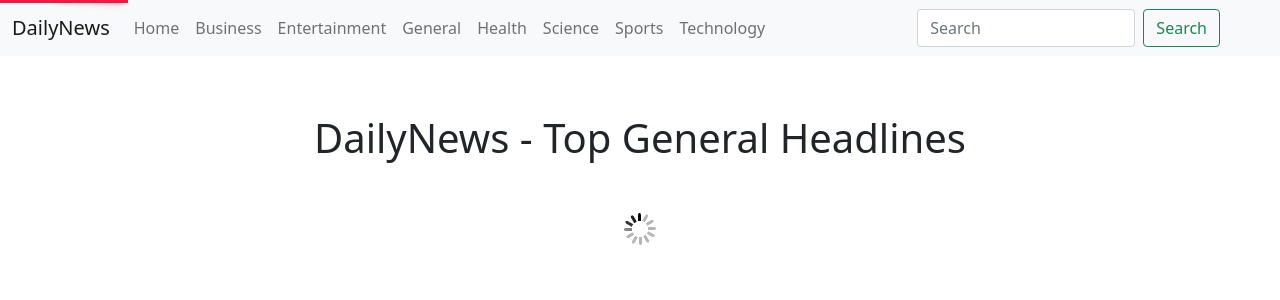
Repository: Bikki084/Daily_News
Page: /
An editor plug-in stored every save of this project. The page is shown before and after a run of saves, followed by the edit.
The browser window is 1280 px wide. The pictures show the whole page.
The page's requests for data from a server got no answer. The project was rebuilt for these pictures with package versions that can differ from the ones it lists, and the page was loaded fresh each time. No one was signed in, and anything a server would have sent is missing. Also part of the build but not shown: src/App.css, src/components/NewsItem.js.

Above is the page before, as saved 2021-12-21 23:56:49.

### public/index.html
<!DOCTYPE html>
<html lang="en">
  <head>
    <meta charset="utf-8" />
    <link rel="icon" href="%PUBLIC_URL%/favicon.ico" />
    <meta name="viewport" content="width=device-width, initial-scale=1" />
    <meta name="theme-color" content="#000000" />
    <meta
      name="description"
      content="DailyNews is a news app which can be used to grab quick daily news bites. If you are interested in news, weather, politics and sports news, newsmonkey is for you!"
    />
    <link rel="apple-touch-icon" href="%PUBLIC_URL%/logo192.png" />
    <!--
      manifest.json provides metadata used when your web app is installed on a
      user's mobile device or desktop. See https://developers.google.com/web/fundamentals/web-app-manifest/
    -->
    <link rel="manifest" href="%PUBLIC_URL%/manifest.json" />
    <link href="https://cdn.jsdelivr.net/npm/bootstrap@5.1.0/dist/css/bootstrap.min.css" rel="stylesheet" integrity="sha384-KyZXEAg3QhqLMpG8r+8fhAXLRk2vvoC2f3B09zVXn8CA5QIVfZOJ3BCsw2P0p/We" crossorigin="anonymous">
    <!--
      Notice the use of %PUBLIC_URL% in the tags above.
      It will be replaced with the URL of the `public` folder during the build.
      Only files inside the `public` folder can be referenced from the HTML.

      Unlike "/favicon.ico" or "favicon.ico", "%PUBLIC_URL%/favicon.ico" will
      work correctly both with client-side routing and a non-root public URL.
      Learn how to configure a non-root public URL by running `npm run build`.
    -->
    <title>DailyNews - Get your daily dose of news for free!</title>
  </head>
  <body>
    <noscript>You need to enable JavaScript to run this app.</noscript>
    <div id="root"></div>
    <!--
      This HTML file is a template.
      If you open it directly in the browser, you will see an empty page.

      You can add webfonts, meta tags, or analytics to this file.
      The build step will place the bundled scripts into the <body> tag.

      To begin the development, run `npm start` or `yarn start`.
      To create a production bundle, use `npm run build` or `yarn build`.
    -->
    <script src="https://cdn.jsdelivr.net/npm/@popperjs/core@2.9.3/dist/umd/popper.min.js" integrity="sha384-eMNCOe7tC1doHpGoWe/6oMVemdAVTMs2xqW4mwXrXsW0L84Iytr2wi5v2QjrP/xp" crossorigin="anonymous"></script>
    <script src="https://cdn.jsdelivr.net/npm/bootstrap@5.1.0/dist/js/bootstrap.min.js" integrity="sha384-cn7l7gDp0eyniUwwAZgrzD06kc/tftFf19TOAs2zVinnD/C7E91j9yyk5//jjpt/" crossorigin="anonymous"></script>
  </body>
</html>

### src/App.js
import './App.css';
import Search from './components/Search';
import React, { useState } from 'react'
import NavBar from './components/NavBar';
import News from './components/News';
import {BrowserRouter as Router, Switch, Route} from "react-router-dom";
import LoadingBar from 'react-top-loading-bar'

const App = ()=> {
  const pageSize = 5;
  const apiKey = process.env.REACT_APP_NEWS_API
  // const apiKey = "fe00171e9be447c891c180edc15dc131"
  const [progress, setProgress] = useState(0)

    return (
      <div>
        <Router>
        <NavBar/>
        <Search/>
        <LoadingBar
        height={3}
        color='#f11946'
        progress={progress}
      />
        <Switch>
          <Route exact path="/"><News setProgress={setProgress} apiKey={apiKey} key="general" pageSize={pageSize} country="in" category="general"/></Route>
          <Route exact path="/business"><News setProgress={setProgress} apiKey={apiKey} key="business" pageSize={pageSize} country="in" category="business"/></Route>
          <Route exact path="/entertainment"><News setProgress={setProgress} apiKey={apiKey} key="entertainment" pageSize={pageSize} country="in" category="entertainment"/></Route>
          <Route exact path="/general"><News setProgress={setProgress} apiKey={apiKey} key="general" pageSize={pageSize} country="in" category="general"/></Route>
          <Route exact path="/health"><News setProgress={setProgress} apiKey={apiKey} key="health" pageSize={pageSize} country="in" category="health"/></Route>
          <Route exact path="/science"><News setProgress={setProgress} apiKey={apiKey} key="science" pageSize={pageSize} country="in" category="science"/></Route>
          <Route exact path="/sports"><News setProgress={setProgress} apiKey={apiKey} key="sports" pageSize={pageSize} country="in" category="sports"/></Route>
          <Route exact path="/technology"><News setProgress={setProgress} apiKey={apiKey} key="technology" pageSize={pageSize} country="in" category="technology"/></Route>

        </Switch>
        </Router>
      </div>
    )

}

export default App;

### src/components/Search.js
import React from 'react'

const Search = () => {
    return (
    <div>Hello world!</div>
    )
}

export default Search;

### src/components/NavBar.js
import React from 'react'
import { Link } from "react-router-dom";

const NavBar = () => {

    return (
        <div>
            <nav className="navbar fixed-top navbar-expand-lg navbar-light bg-light">
                <div className="container-fluid">
                    <Link className="navbar-brand" to="/">DailyNews</Link>
                    <button className="navbar-toggler" type="button" data-bs-toggle="collapse" data-bs-target="#navbarSupportedContent" aria-controls="navbarSupportedContent" aria-expanded="false" aria-label="Toggle navigation">
                        <span className="navbar-toggler-icon"></span>
                    </button>
                    <div className="collapse navbar-collapse" id="navbarSupportedContent">
                        <ul className="navbar-nav me-auto mb-2 mb-lg-0">
                            <li className="nav-item">
                                <Link className="nav-link" aria-current="page" to="/">Home</Link>
                            </li>
                            <li className="nav-item"><Link className="nav-link" to="/business">Business</Link></li>
                            <li className="nav-item"><Link className="nav-link" to="/entertainment">Entertainment</Link></li>
                            <li className="nav-item"><Link className="nav-link" to="/general">General</Link></li>
                            <li className="nav-item"><Link className="nav-link" to="/health">Health</Link></li>
                            <li className="nav-item"><Link className="nav-link" to="/science">Science</Link></li>
                            <li className="nav-item"><Link className="nav-link" to="/sports">Sports</Link></li>
                            <li className="nav-item"><Link className="nav-link" to="/technology">Technology</Link></li>
                        </ul>
                        <form className="d-flex mx-5" method="get"> <Link className="d-flex mx-5" to="/Search"></Link>
                            <input class="form-control me-2" type="search" placeholder="Search" aria-label="Search" />
                            <button class="btn btn-outline-success" type="submit">Search </button>
                        </form>
                    </div>
                </div>
            </nav>
        </div>
    )

}

export default NavBar

### src/components/News.js
import React, {useEffect, useState} from 'react'

import NewsItem from './NewsItem'
import Spinner from './Spinner';
import PropTypes from 'prop-types'
import InfiniteScroll from "react-infinite-scroll-component";

const News = (props)=>{
    const [articles, setArticles] = useState([])
    const [loading, setLoading] = useState(true)
    const [page, setPage] = useState(1)
    const [totalResults, setTotalResults] = useState(0)

    const capitalizeFirstLetter = (string) => {
        return string.charAt(0).toUpperCase() + string.slice(1);
    }

    const updateNews = async ()=> {
        props.setProgress(10);
        const url = `https://newsapi.org/v2/top-headlines?country=${props.country}&category=${props.category}&apiKey=${props.apiKey}&page=${page}&pageSize=${props.pageSize}`;
        setLoading(true)
        let data = await fetch(url);
        props.setProgress(30);
        let parsedData = await data.json()
        props.setProgress(70);
        setArticles(parsedData.articles)
        setTotalResults(parsedData.totalResults)
        setLoading(false)
        props.setProgress(100);
    }

    useEffect(() => {
        document.title = `${capitalizeFirstLetter(props.category)} - DailyNews`;
        updateNews();
        // eslint-disable-next-line
    }, [])


    const fetchMoreData = async () => {
        const url = `https://newsapi.org/v2/top-headlines?country=${props.country}&category=${props.category}&apiKey=${props.apiKey}&page=${page+1}&pageSize=${props.pageSize}`;
        setPage(page+1)
        let data = await fetch(url);
        let parsedData = await data.json()
        setArticles(articles.concat(parsedData.articles))
        setTotalResults(parsedData.totalResults)
      };

        return (
            <>
                <h1 className="text-center" style={{ margin: '35px 0px', marginTop: '90px' }}>DailyNews - Top {capitalizeFirstLetter(props.category)} Headlines</h1>
                {loading && <Spinner />}
                <InfiniteScroll
                    dataLength={articles.length}
                    next={fetchMoreData}
                    hasMore={articles.length !== totalResults}
                    loader={<Spinner/>}>
                    <div className="container">

                    <div className="row">
                        {articles.map((element) => {
                            return <div className="col-md-4" key={element.url}>
                                <NewsItem title={element.title ? element.title : ""} description={element.description ? element.description : ""} imageUrl={element.urlToImage} newsUrl={element.url} author={element.author} date={element.publishedAt} source={element.source.name} />
                            </div>
                        })}
                    </div>
                    </div>
                </InfiniteScroll>
            </>
        )

}


News.defaultProps = {
    country: 'in',
    pageSize: 8,
    category: 'general',
}

News.propTypes = {
    country: PropTypes.string,
    pageSize: PropTypes.number,
    category: PropTypes.string,
}

export default News

Loaded but not shown: src/index.js (common file); src/reportWebVitals.js (common file); src/components/Spinner.js (common file); src/index.css (no stored copy; drawn as an empty file)

After the next 2 saves:
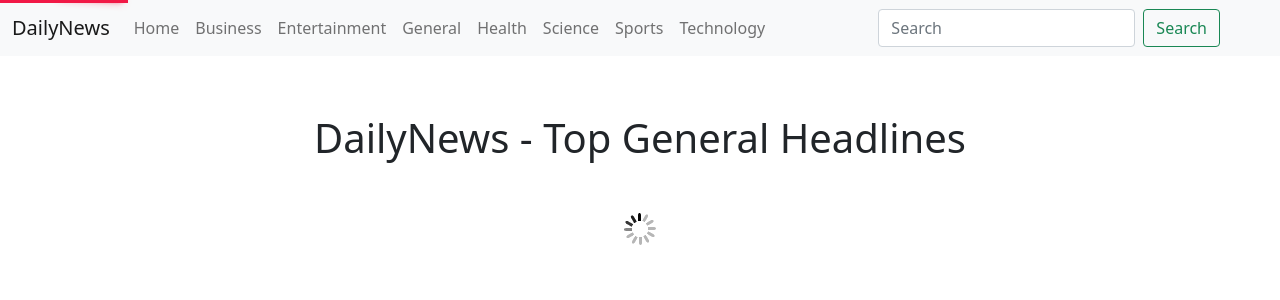
The 2 saves are shown as one change because 1 did not build or start.
The last was saved 75 s later.
--- a/src/components/NavBar.js
+++ b/src/components/NavBar.js
@@ -24,7 +24,7 @@ const NavBar = () => {
                             <li className="nav-item"><Link className="nav-link" to="/sports">Sports</Link></li>
                             <li className="nav-item"><Link className="nav-link" to="/technology">Technology</Link></li>
                         </ul>
-                        <form className="d-flex mx-5" method="get"> <Link className="d-flex mx-5" to="/Search"></Link>
+                        <form className="d-flex mx-5" method="get">
                             <input class="form-control me-2" type="search" placeholder="Search" aria-label="Search" />
                             <button class="btn btn-outline-success" type="submit">Search </button>
                         </form>
